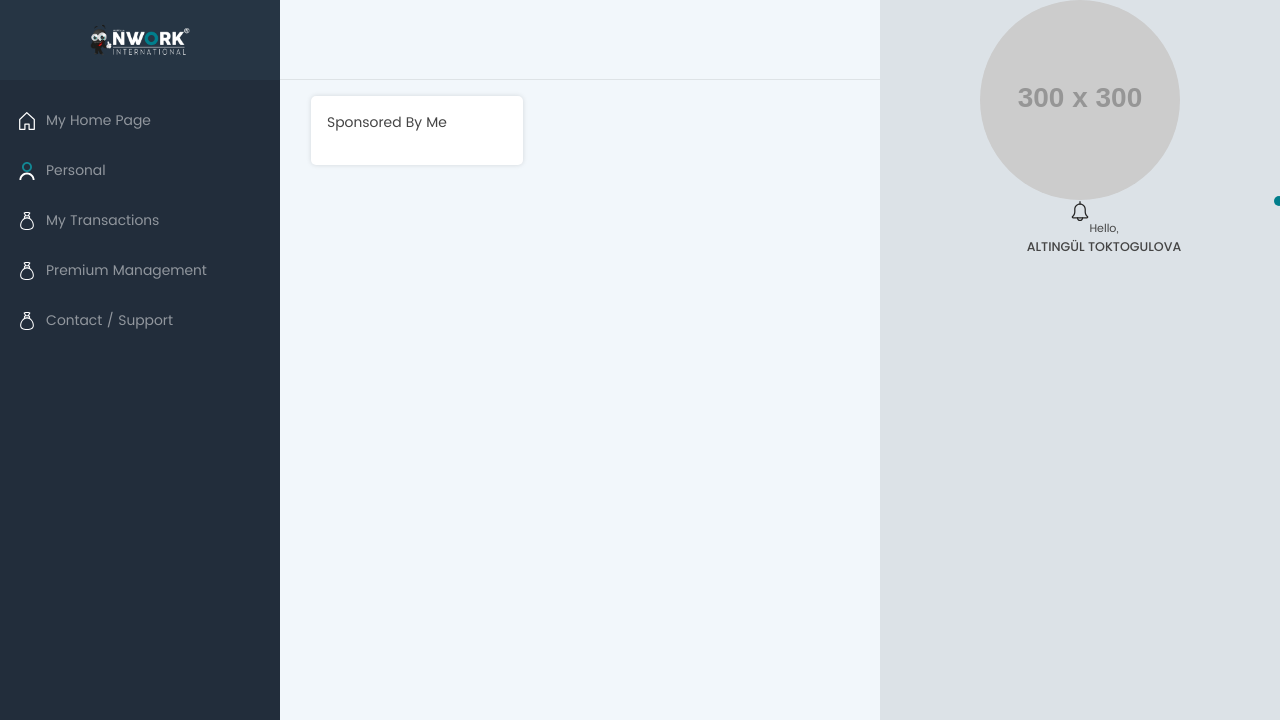
Repository: KayahanKahriman/nwork-admin
Page: index.html
These files come from the project's save history. The page is drawn as it stood at one moment and after the next save; the edit follows.
The browser window is 1280 px wide. The pictures show the whole page.
Some web fonts or font styles are not loaded; a fallback is used. The style sheet was rebuilt from its Sass, Less or Tailwind sources for each picture, by a compiler version that may differ from the author's.

Above is the page before, as saved 2021-06-09 16:10:36.

After the next save:
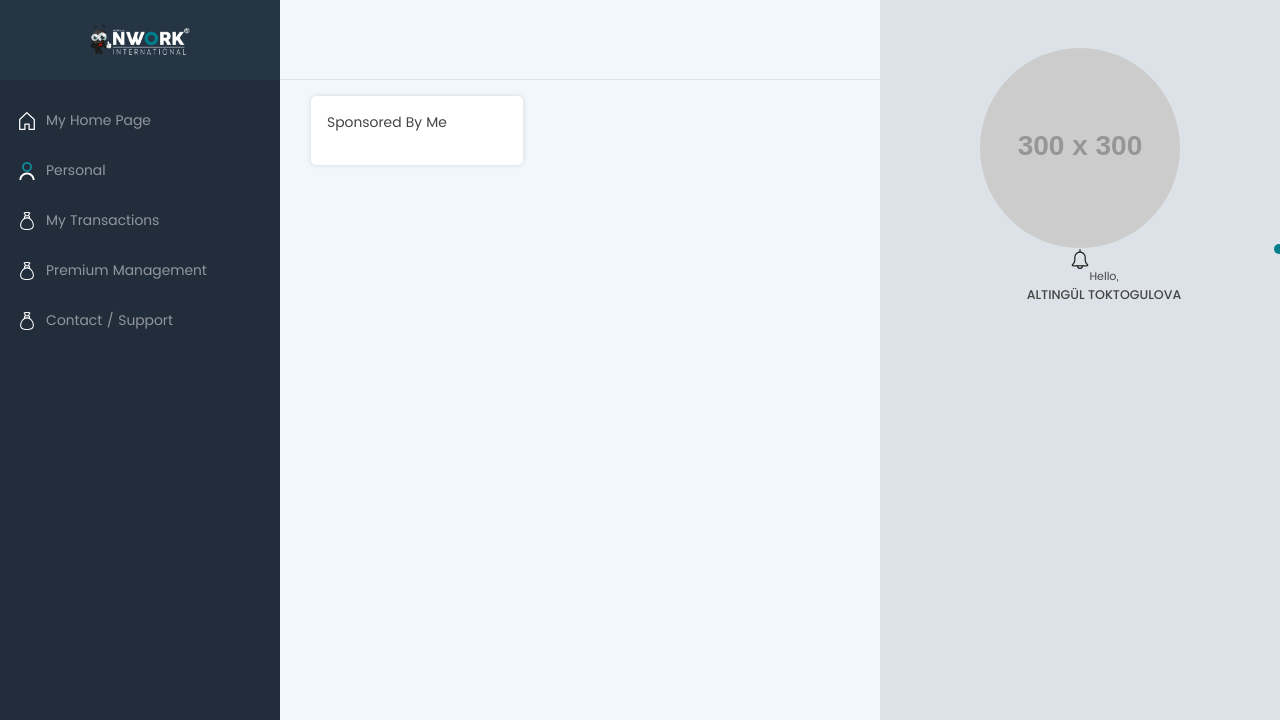
Saved 20 s later.
--- a/index.html
+++ b/index.html
@@ -103,7 +103,7 @@
             </div>
         </div>
     </main>
-    <section id="user-aside" class="text-center">
+    <section id="user-aside" class="text-center py-5">
         <div id="user-image">
             <img src="//via.placeholder.com/300x300" alt="">
         </div>
